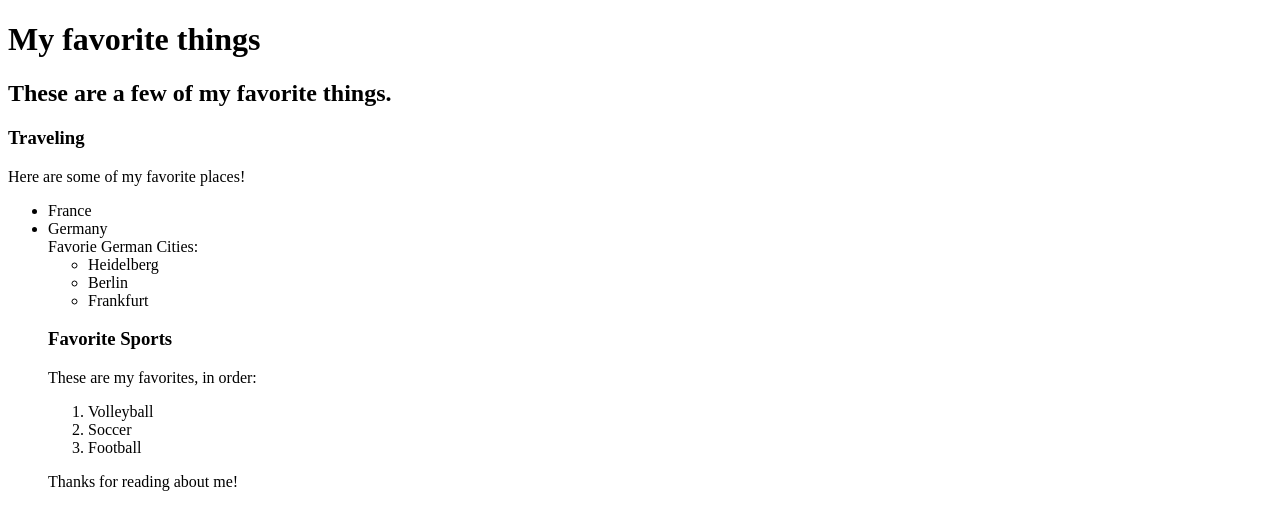
Repository: fieldceleste/my-first-webpage
Page: favorite-things.html
The author's editor kept a copy of each file at every save. The page is drawn from the files as they stood at one save, then again after the next save.
The browser window is 1280 px wide. The pictures show the whole page.

Above is the page before, as saved 2019-10-23 19:01:07.

### favorite-things.html
<!DOCTYPE html>
<html>
  <head>
   <title>Celeste's Favorite things</title>
  </head>
  <body>
    <h1>My favorite things</h1>
    <h2>These are a few of my favorite things.</h2>

    <h3>Traveling</h3>
    <p>Here are some of my favorite places!</p>
      <ul>
        <li>France</li>
        <li>Germany</li>
        <l1>Favorie German Cities:</l1>
      <ul>
           <li>Heidelberg</li>
           <li>Berlin</li>
           <li>Frankfurt</li>
    </ul>

    <h3>Favorite Sports</h3>
    <p>These are my favorites, in order:</p>
    <ol>
      <li>Volleyball</li>
      <li>Soccer</li>
      <li>Football</li>
    </ol>
    <p>Thanks for reading about me!</p>
  </body>
</html>

After the next save:
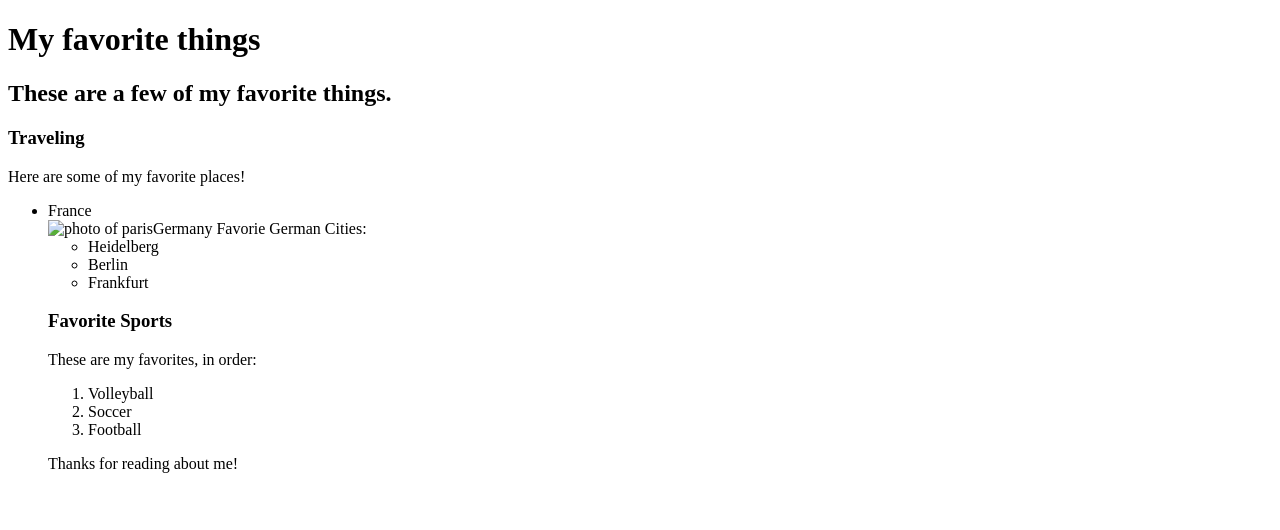
Not found: paris.jpeg
Saved 6 min 46 s later.
--- a/favorite-things.html
+++ b/favorite-things.html
@@ -10,7 +10,7 @@
     <h3>Traveling</h3>
     <p>Here are some of my favorite places!</p>
       <ul>
-        <li>France</li>
+        <li>France</li> <img src="paris.jpeg" alt="photo of paris"
         <li>Germany</li>
         <l1>Favorie German Cities:</l1>
       <ul>
